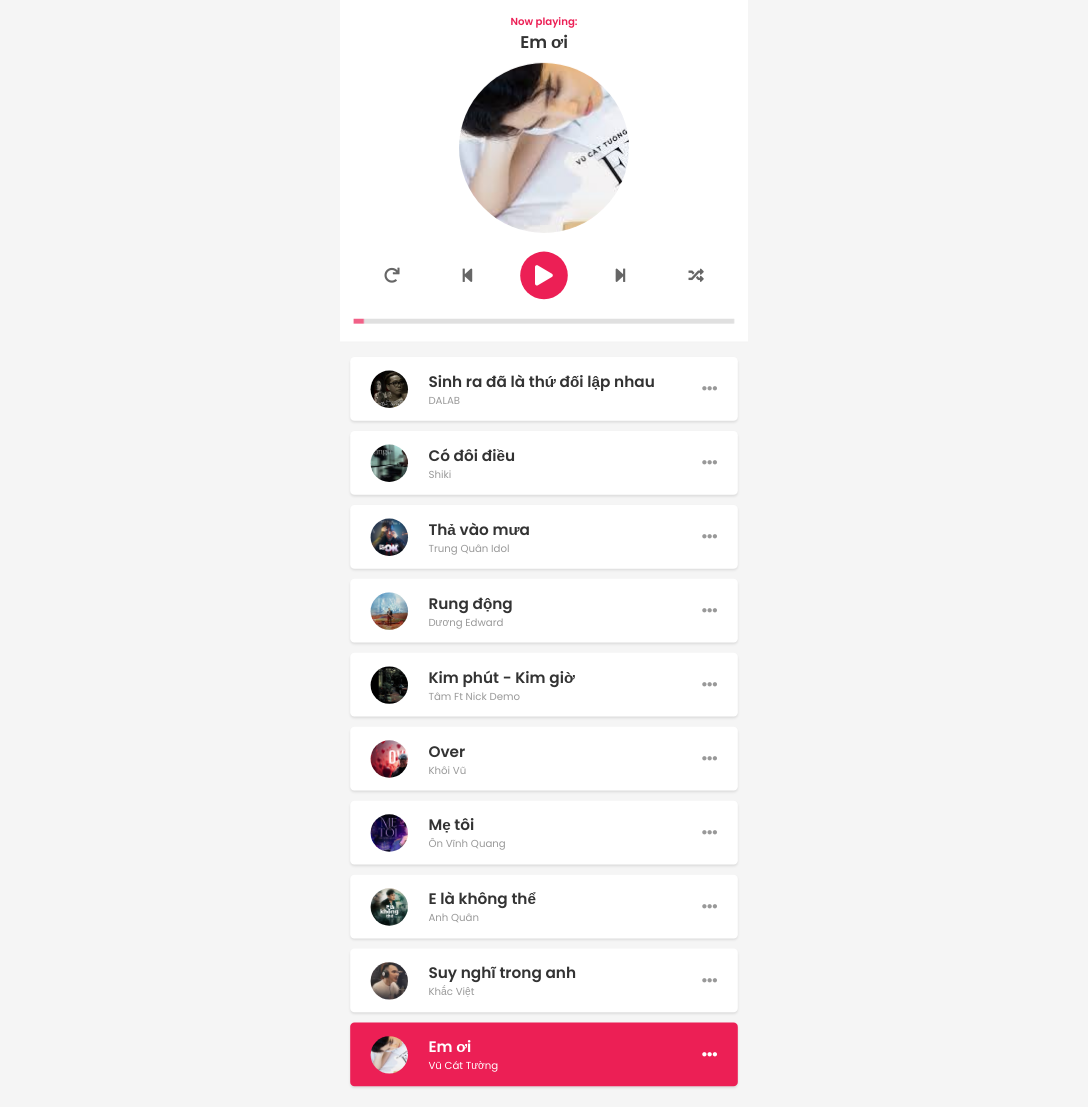
Repository: PhanPhuongNam2108/SiTrumChill
Page: index.html
The author's editor kept a copy of each file at every save. The page is drawn from the files as they stood at one save, then again after the next save.
The browser window is 1280 px wide. The pictures show the whole page, at 85% of full size.
After loading, the first visible `div.btn-prev` was clicked once.

Above is the page before, as saved 2025-11-27 11:38:42.
Console error: ReferenceError: _ is not defined

### index.html
<!DOCTYPE html>
<html lang="en">

<head>
  <meta charset="UTF-8">
  <meta http-equiv="X-UA-Compatible" content="IE=edge">
  <meta name="viewport" content="width=device-width, initial-scale=1.0">
  <title>Music player</title>
  <link rel="stylesheet" href="https://cdnjs.cloudflare.com/ajax/libs/font-awesome/5.15.2/css/all.min.css"
    integrity="sha512-HK5fgLBL+xu6dm/Ii3z4xhlSUyZgTT9tuc/hSrtw6uzJOvgRr2a9jyxxT1ely+B+xFAmJKVSTbpM/CuL7qxO8w=="
    crossorigin="anonymous" />
  <link rel="preconnect" href="https://fonts.gstatic.com">
  <link href="https://fonts.googleapis.com/css2?family=Poppins:wght@300;400;600&display=swap" rel="stylesheet">
  <link rel="stylesheet" href="./assets/css/style.css">
  <link rel="icon" type="image/png" href="/assets/img/img1.jpg">
</head>

<body>
<div class="player">
  <!-- Dashboard -->
  <div class="dashboard">
    <!-- Header -->
    <header>
      <h4>Now playing:</h4>
      <h2>String 57th & 9th</h2>
    </header>

    <!-- CD -->
    <div class="cd">
      <div class="cd-thumb" style="background-image: url('https://i.ytimg.com/vi/jTLhQf5KJSc/maxresdefault.jpg')">
      </div>
    </div>

    <!-- Control -->
    <div class="control">
      <div class="btn btn-repeat">
        <i class="fas fa-redo"></i>
      </div>
      <div class="btn btn-prev">
        <i class="fas fa-step-backward"></i>
      </div>
      <div class="btn btn-toggle-play">
        <i class="fas fa-pause icon-pause"></i>
        <i class="fas fa-play icon-play"></i>
      </div>
      <div class="btn btn-next">
        <i class="fas fa-step-forward"></i>
      </div>
      <div class="btn btn-random">
        <i class="fas fa-random"></i>
      </div>
    </div>

    <input id="progress" class="progress" type="range" value="0" step="1" min="0" max="100">

    <audio id="audio" src=""></audio>
  </div>

  <!-- Playlist -->
  <div class="playlist">

  </div>
</div>

<script>
  const $ = document.querySelector.bind(document)
  const $$ = document.querySelectorAll.bind(document)

  const player = $('.player')
  const cd = $('.cd')
  const heading = $('header h2')
  const cdThumb = $('.cd-thumb')
  const audio = $('#audio')
  const playBtn = $('.btn-toggle-play')
  const progress = $('#progress')
  const prevBtn = $('.btn-prev')
  const nextBtn = $('.btn-next')
  const repeatBtn = $('.btn-repeat')
  const randomBtn = $('.btn-random') // thêm khai báo

  const app = {
    currentIndex: 0,
    isPlaying: false,
    isRandom: false,
    isRepeat: false,
    songs: [
      {
        name: 'Sinh ra đã là thứ đối lập nhau',
        singer: 'DALAB',
        path: './assets/music/song1.mp3',
        image: './assets/img/img1.jpg'
      },
      {
        name: 'Có đôi điều',
        singer: 'Shiki',
        path: './assets/music/song2.mp3',
        image: './assets/img/img2.jpg'
      },
      {
        name: 'Thả vào mưa',
        singer: 'Trung Quân Idol',
        path: './assets/music/song3.mp3',
        image: './assets/img/img3.jpg'
      },
      {
        name: 'Rung động',
        singer: 'Dương Edward',
        path: './assets/music/song4.mp3',
        image: './assets/img/img4.jpg'
      },
      {
        name: 'Kim phút - Kim giờ',
        singer: 'Tâm Ft Nick Demo',
        path: './assets/music/song5.mp4',
        image: './assets/img/img5.jpg'
      },
      {
        name: 'Over',
        singer: 'Khôi Vũ',
        path: './assets/music/song6.mp3',
        image: './assets/img/img6.jpg'
      },
      {
        name: 'Mẹ tôi',
        singer: 'Ôn Vĩnh Quang',
        path: './assets/music/song7.mp4',
        image: './assets/img/img7.jpg'
      },
      {
        name: 'E là không thể',
        singer: 'Anh Quân',
        path: './assets/music/song8.mp3',
        image: './assets/img/img8.jpg'
      },
      {
        name: 'Suy nghĩ trong anh',
        singer: 'Khắc Việt',
        path: './assets/music/song9.mp3',
        image: './assets/img/img9.jpg'
      },
      {
        name: 'Em ơi',
        singer: 'Vũ Cát Tường',
        path: './assets/music/song10.mp3',
        image: './assets/img/img10.jpg'
      },
    ],

    render: function() {
      const htmls = this.songs.map((song, index) => {
        return `
          <div class="song ${index === this.currentIndex ? 'active' : ''}">
            <div class="thumb"
              style="background-image: url('${song.image}')">
            </div>
            <div class="body">
              <h3 class="title">${song.name}</h3>
              <p class="author">${song.singer}</p>
            </div>
            <div class="option">
              <i class="fas fa-ellipsis-h"></i>
            </div>
          </div>
        `
      })
      $('.playlist').innerHTML = htmls.join('')
    },

    defineProperties: function() {
      Object.defineProperty(this, 'currentSong', {
        get: function() {
          return this.songs[this.currentIndex]
        }
      })
    },

    handleEvents: function() {
      const _this = this
      const cdWidth = cd.offsetWidth

      const cdThumbAnimate = cdThumb.animate([
        { transform: 'rotate(360deg)'}
      ], {
        duration: 10000,
        iterations: Infinity
      })
      cdThumbAnimate.pause()

      document.onscroll = function() {
        const scrollTop = window.scrollY || document.documentElement.scrollTop
        const newCdWidth = cdWidth - scrollTop
        cd.style.width = newCdWidth > 0 ? newCdWidth + 'px' : 0
        cd.style.opacity = newCdWidth / cdWidth
      }

      playBtn.onclick = function() {
        if (_this.isPlaying) {
          audio.pause()
        } else {
          audio.play()
        }
      }

      audio.onplay = function() {
        _this.isPlaying = true
        player.classList.add('playing')
        cdThumbAnimate.play()
      }

      audio.onpause = function() {
        _this.isPlaying = false
        player.classList.remove('playing')
        cdThumbAnimate.pause()
      }

      audio.ontimeupdate = function() {
        if (audio.duration) {
          const progressPercent = Math.floor(audio.currentTime / audio.duration * 100)
          progress.value = progressPercent
        }
      }

      progress.oninput = function(e) {
        const seekTime = audio.duration / 100 * e.target.value
        audio.currentTime = seekTime
      }

      nextBtn.onclick = function() {
        if (_this.isRandom) {
          _this.playRandomSong()
        } else {
          _this.nextSong()
        }
        _this.render()
        _this.scrollToActiveSong()
        audio.play()
      }

      prevBtn.onclick = function() {
        if (_this.isRandom) {
          _this.playRandomSong()
        } else {
          _this.prevSong()
        }
        _this.render()
        _
        audio.play()
      }

      randomBtn.onclick = function() {
        _this.isRandom = !_this.isRandom
        randomBtn.classList.toggle('active', _this.isRandom)
      }

      repeatBtn.onclick = function() {
        _this.isRepeat = !_this.isRepeat
        repeatBtn.classList.toggle('active', _this.isRepeat)
      }

      audio.onended = function() {
        if (_this.isRepeat) {
          audio.play()
        } else {
          nextBtn.onclick()
        }
      }
    },

    scrollToActiveSong: function() {
      setTimeout(() => {
        const active = document.querySelector('.song.active')
        if(!active) return
        if(this.currentIndex === 0) {
          active.scrollIntoView({ behavior: 'smooth', block: 'end'})
        } else {
          active.scrollIntoView({ behavior: 'smooth', block: 'center'})
        }
      }, 300)
    },

    loadCurrentSong: function() {
      heading.textContent = this.currentSong.name
      cdThumb.style.backgroundImage = `url('${this.currentSong.image}')`
      audio.src = this.currentSong.path
    },

    nextSong: function() {
      this.currentIndex++
      if (this.currentIndex >= this.songs.length) {
        this.currentIndex = 0
      }
      this.loadCurrentSong()
    },

    prevSong: function() {
      this.currentIndex--
      if (this.currentIndex < 0) {
        this.currentIndex = this.songs.length - 1
      }
      this.loadCurrentSong()
    },

    playRandomSong: function() {
      let newIndex
      do {
        newIndex = Math.floor(Math.random() * this.songs.length)
      } while (newIndex === this.currentIndex)
      this.currentIndex = newIndex
      this.loadCurrentSong()
    },

    start: function() {
      this.defineProperties()
      this.handleEvents()
      this.loadCurrentSong()
      this.render()
    }
  }

  app.start()
</script>
</body>
</html>

### assets/css/style.css
:root {
  --primary-color: #ec1f55;
  --text-color: #333;
}

* {
  padding: 0;
  margin: 0;
  box-sizing: inherit;
}

body {
  background-color: #f5f5f5;
}

html {
  box-sizing: border-box;
  font-family: "Poppins", sans-serif;
}

.player {
  position: relative;
  max-width: 480px;
  margin: 0 auto;
}

.player .icon-pause {
  display: none;
}

.player.playing .icon-pause {
  display: inline-block;
}

.player.playing .icon-play {
  display: none;
}

.dashboard {
  padding: 16px 16px 14px;
  background-color: #fff;
  position: fixed;
  top: 0;
  width: 100%;
  max-width: 480px;
  border-bottom: 1px solid #ebebeb;
}

/* HEADER */
header {
  text-align: center;
  margin-bottom: 10px;
}

header h4 {
  color: var(--primary-color);
  font-size: 12px;
}

header h2 {
  color: var(--text-color);
  font-size: 20px;
}

/* CD */
.cd {
  display: flex;
  margin: auto;
  width: 200px;
}

.cd-thumb {
  width: 100%;
  padding-top: 100%;
  border-radius: 50%;
  background-color: #333;
  background-size: cover;
  margin: auto;
}

/* CONTROL */
.control {
  display: flex;
  align-items: center;
  justify-content: space-around;
  padding: 18px 0 8px 0;
}

.control .btn {
  color: #666;
  padding: 18px;
  font-size: 18px;
}

.control .btn.active {
  color: var(--primary-color);
}

.control .btn-toggle-play {
  width: 56px;
  height: 56px;
  border-radius: 50%;
  font-size: 24px;
  color: #fff;
  display: flex;
  align-items: center;
  justify-content: center;
  background-color: var(--primary-color);
}

.progress {
  width: 100%;
  -webkit-appearance: none;
  height: 6px;
  background: #d3d3d3;
  outline: none;
  opacity: 0.7;
  -webkit-transition: 0.2s;
  transition: opacity 0.2s;
}

.progress::-webkit-slider-thumb {
  -webkit-appearance: none;
  appearance: none;
  width: 12px;
  height: 6px;
  background-color: var(--primary-color);
  cursor: pointer;
}

/* PLAYLIST */
.playlist {
  margin-top: 408px;
  padding: 12px;
}

.song {
  display: flex;
  align-items: center;
  margin-bottom: 12px;
  background-color: #fff;
  padding: 8px 16px;
  border-radius: 5px;
  box-shadow: 0 2px 3px rgba(0, 0, 0, 0.1);
}

.song.active {
  background-color: var(--primary-color);
}

.song:active {
  opacity: 0.8;
}

.song.active .option,
.song.active .author,
.song.active .title {
  color: #fff;
}

.song .thumb {
  width: 44px;
  height: 44px;
  border-radius: 50%;
  background-size: cover;
  margin: 0 8px;
}

.song .body {
  flex: 1;
  padding: 0 16px;
}

.song .title {
  font-size: 18px;
  color: var(--text-color);
}

.song .author {
  font-size: 12px;
  color: #999;
}

.song .option {
  padding: 16px 8px;
  color: #999;
  font-size: 18px;
}

After the next save:
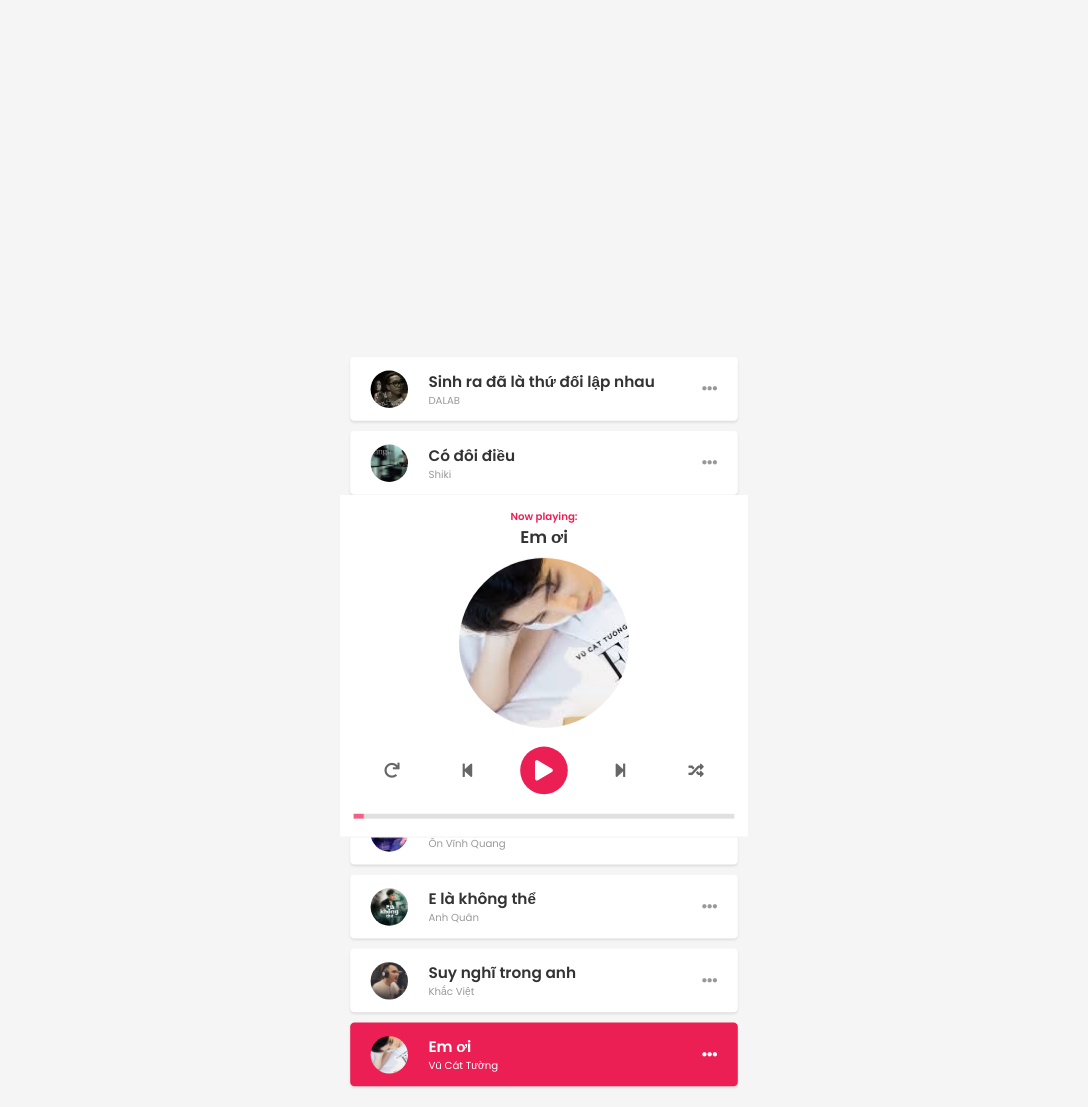
The error is gone.
Saved 4 s later.
--- a/index.html
+++ b/index.html
@@ -243,7 +243,7 @@
           _this.prevSong()
         }
         _this.render()
-        _
+        _this.scrollToActiveSong()
         audio.play()
       }
 
